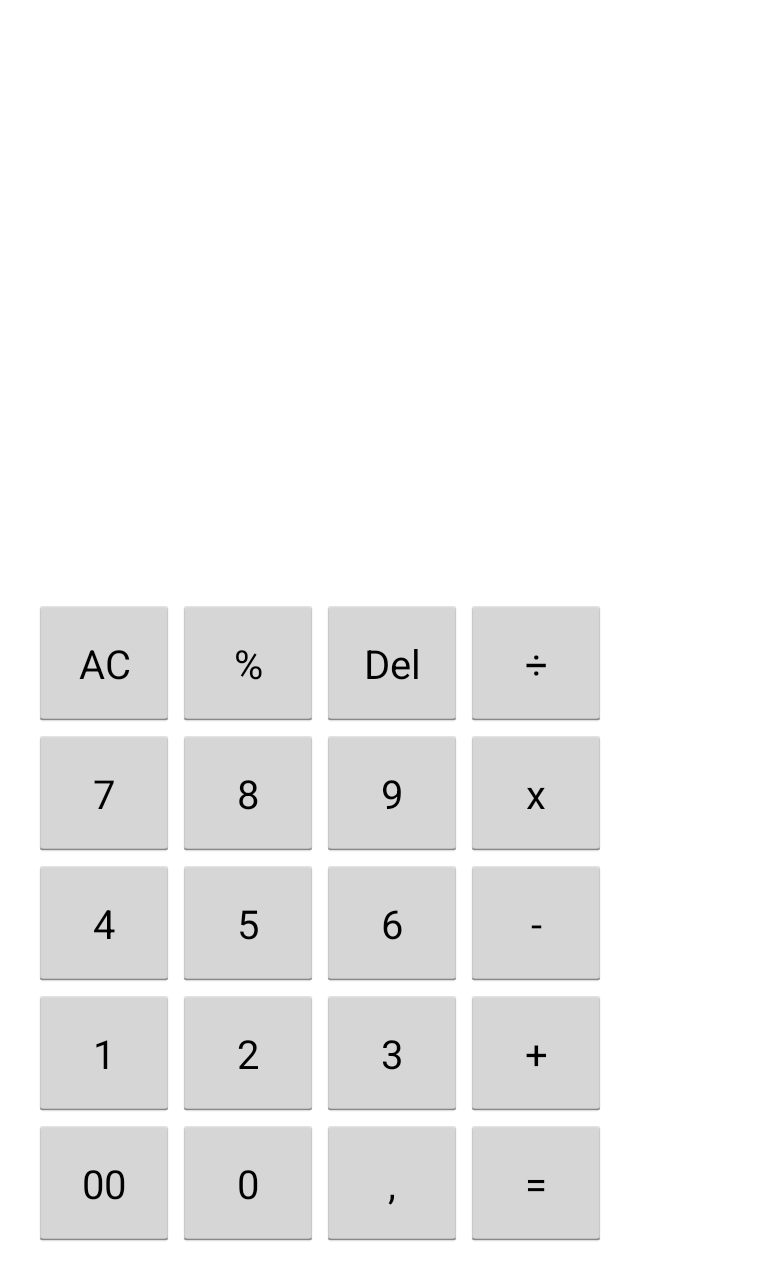
Repository: kisahtegar/mp_java_si6
Layout: MyCalculator/res/layout/activity_main.xml
These files come from the project's save history. The layout is drawn as it stood at one moment and after the next save; the edit follows.
It is drawn on a 768 x 1280 px phone screen (xhdpi) without system bars, with theme AppTheme; the app's code is not run.

Above is the layout before, as saved 2024-05-14 10:47:10.

After the next save:
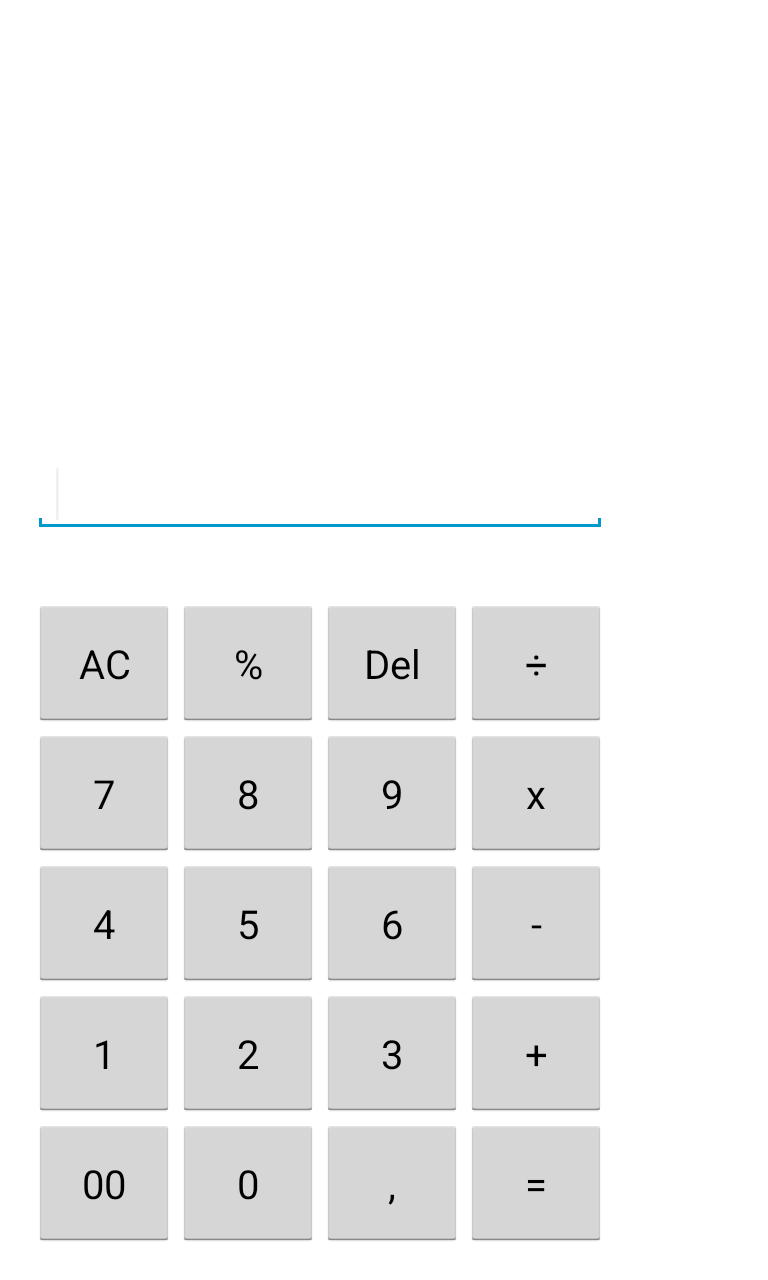
Saved 4 min 45 s later.
--- a/MyCalculator/res/layout/activity_main.xml
+++ b/MyCalculator/res/layout/activity_main.xml
@@ -213,4 +213,17 @@
         android:text="@string/sym_divide"
         android:textSize="20sp" />
 
+    <EditText
+        android:id="@+id/editText1"
+        android:layout_width="wrap_content"
+        android:layout_height="wrap_content"
+        android:layout_above="@+id/btnClearAll"
+        android:layout_alignLeft="@+id/btnClearAll"
+        android:layout_alignRight="@+id/btnDivide"
+        android:layout_marginBottom="32dp"
+        android:ems="10" >
+
+        <requestFocus />
+    </EditText>
+
 </RelativeLayout>

After the 2 saves that followed:
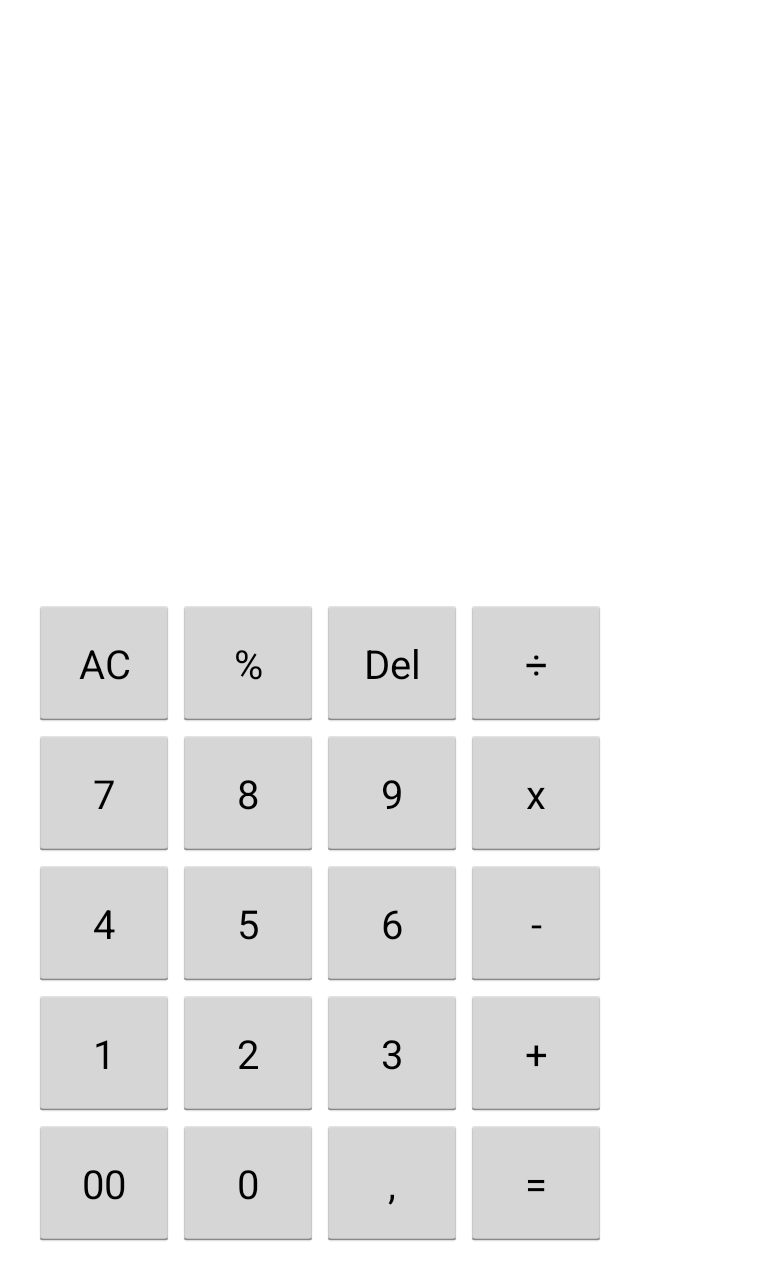
The 2 saves are shown as one change because 1 left the picture as it was.
The last was saved 3 min 20 s later.
--- a/MyCalculator/res/layout/activity_main.xml
+++ b/MyCalculator/res/layout/activity_main.xml
@@ -213,17 +213,4 @@
         android:text="@string/sym_divide"
         android:textSize="20sp" />
 
-    <EditText
-        android:id="@+id/editText1"
-        android:layout_width="wrap_content"
-        android:layout_height="wrap_content"
-        android:layout_above="@+id/btnClearAll"
-        android:layout_alignLeft="@+id/btnClearAll"
-        android:layout_alignRight="@+id/btnDivide"
-        android:layout_marginBottom="32dp"
-        android:ems="10" >
-
-        <requestFocus />
-    </EditText>
-
 </RelativeLayout>
